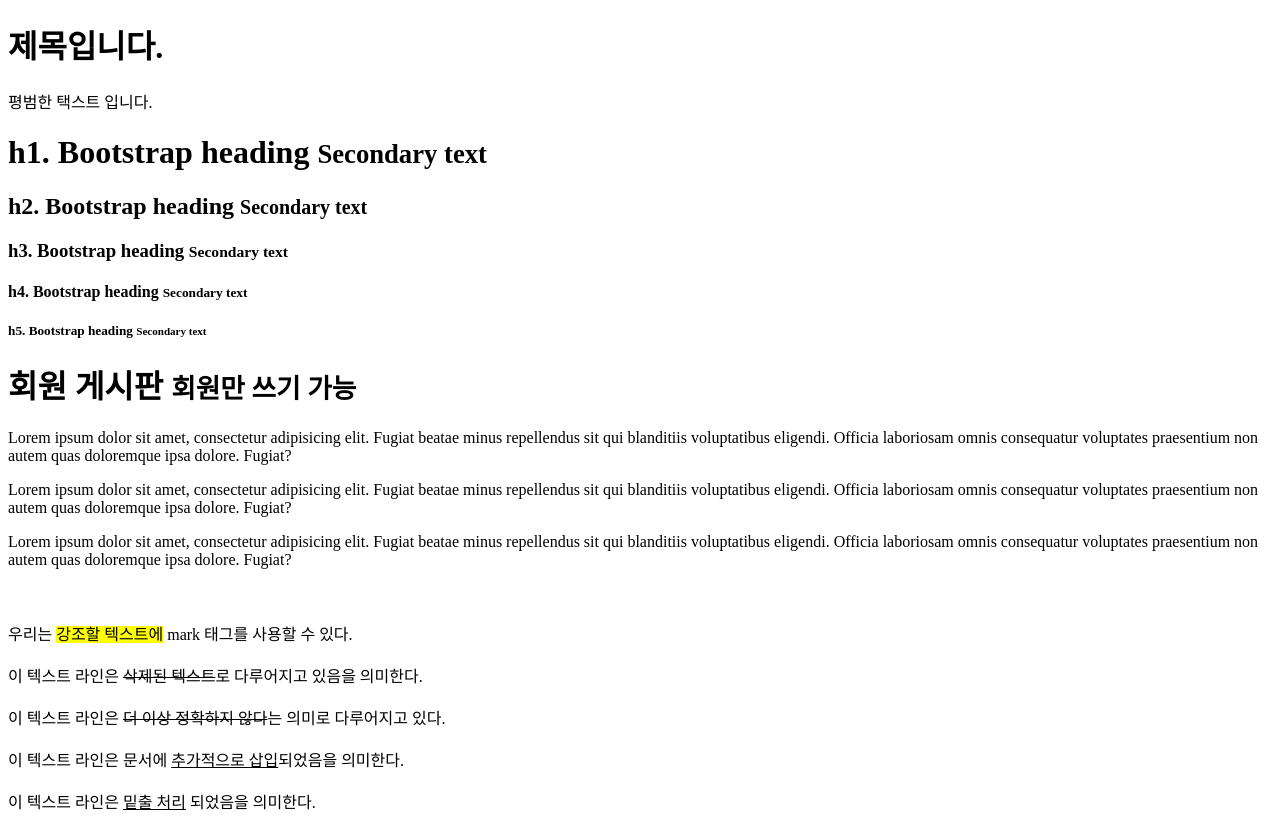
Repository: park-nahyun/BootstrapStudy
Page: BootstrapWork/WebContent/BootEx01.html
These files come from the project's save history. The page is drawn as it stood at one moment and after the next save; the edit follows.
The browser window is 1280 px wide. The pictures show the whole page.

Above is the page before, as saved 2021-07-01 03:07:27.

After the next save:
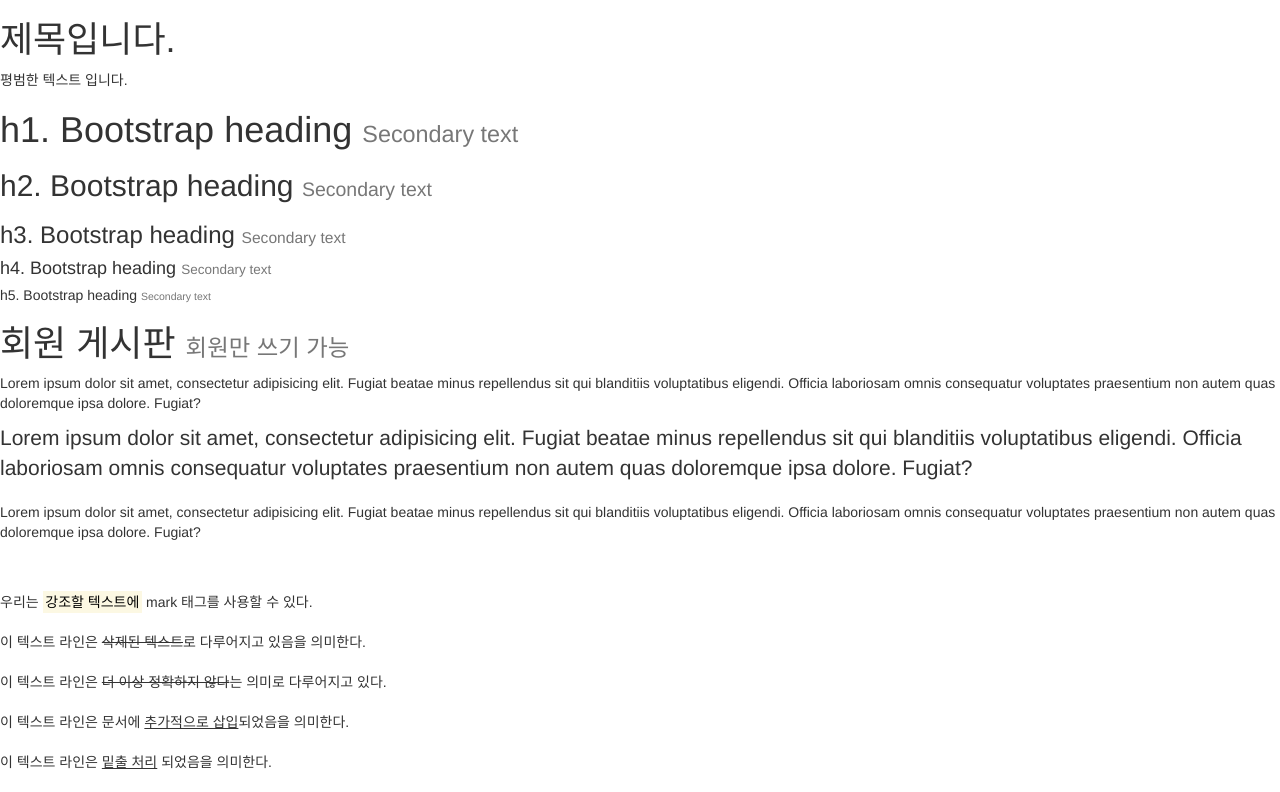
Saved 6 min 11 s later.
--- a/BootstrapWork/WebContent/BootEx01.html
+++ b/BootstrapWork/WebContent/BootEx01.html
@@ -3,11 +3,17 @@
 <head>
 <meta charset="UTF-8">
 <title>BootEx01.html</title>
+
+<!-- 부트스트랩 적용 이전과 이후  -->
+
+<link rel="stylesheet" href="css/bootstrap.css">
+<script type="text/javascript" src="http://code.jquery.com/jquery.min.js"></script>
+<script type="text/javascript" src="js/bootstrap.min.js"></script>
 </head>
 <body>
 <h1>제목입니다.</h1>
 
-평범한 택스트 입니다.
+평범한 텍스트 입니다.
 
 <h1>h1. Bootstrap heading <small>Secondary text</small></h1>
 <h2>h2. Bootstrap heading <small>Secondary text</small></h2>
